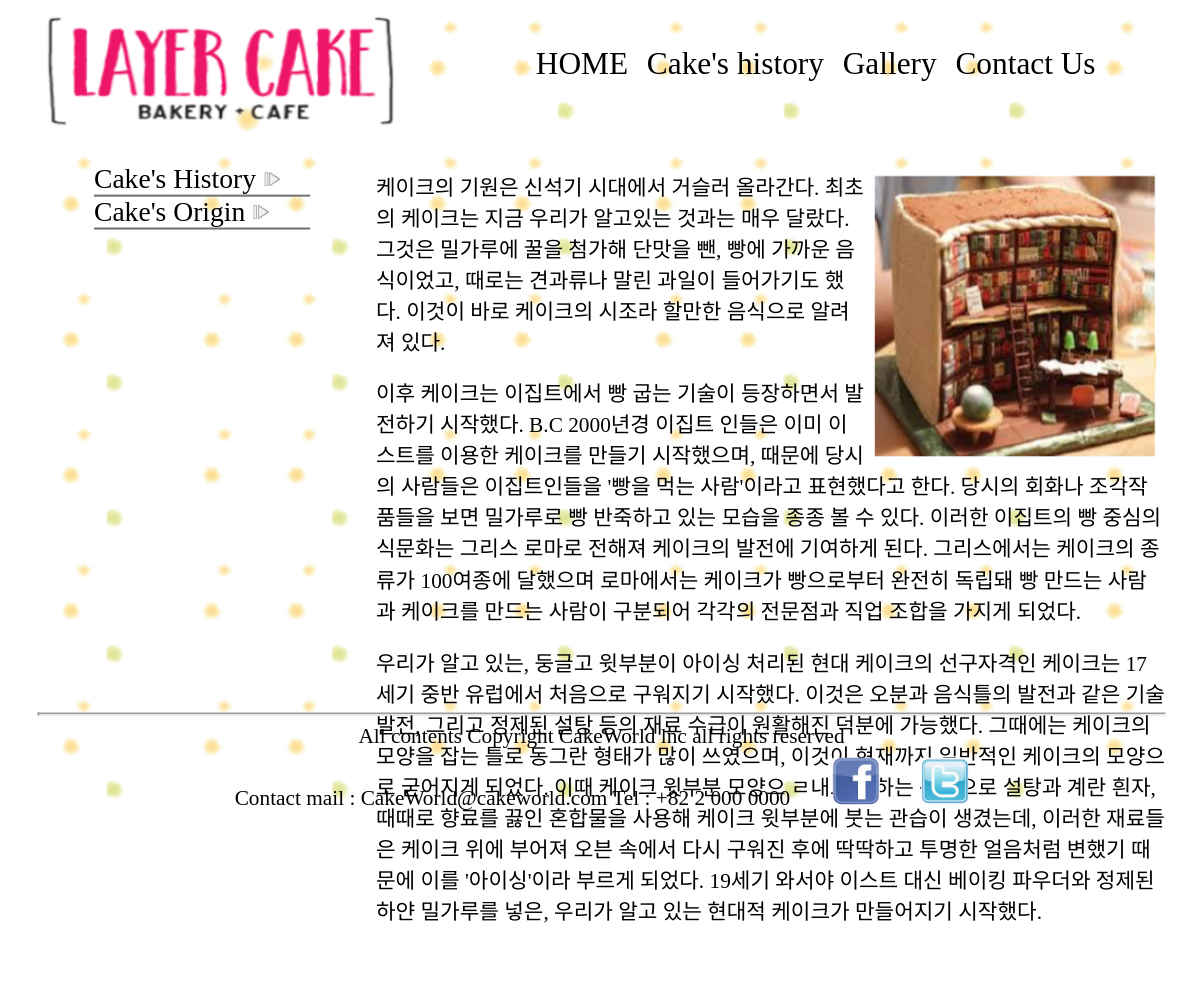
Repository: dhfkdlxm/Lecture-Web
Page: Lecture-Web/WebContent/css/exam/cakeWorld.html
These files come from the project's save history. The page is drawn as it stood at one moment and after the next save; the edit follows.
The browser window is 1280 px wide. The pictures show the whole page, at 94% of full size.
Some web fonts or font styles are not loaded; a fallback is used.

Above is the page before, as saved 2021-06-11 09:55:22.

After the next save:
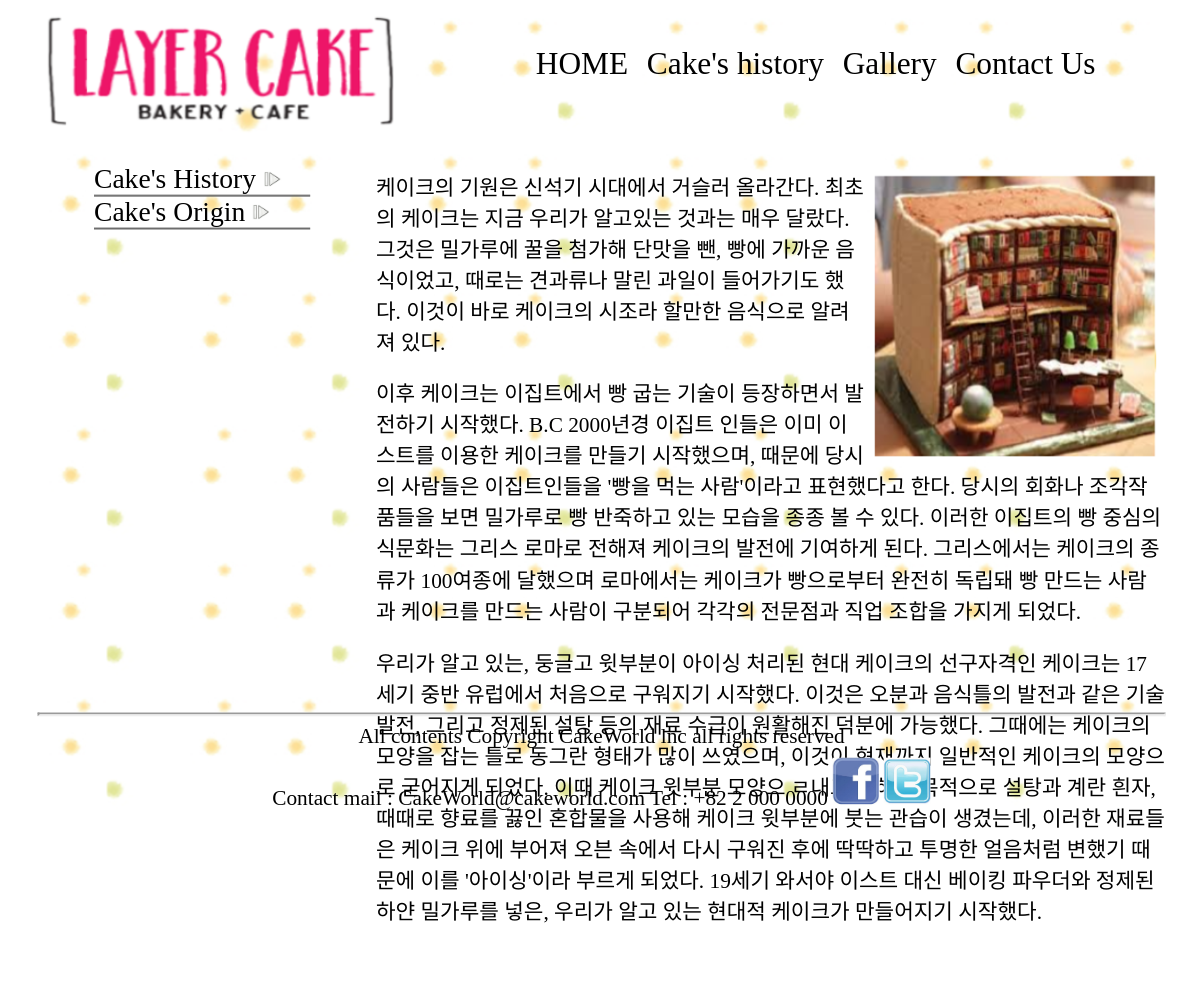
Saved 17 s later.
--- a/Lecture-Web/WebContent/css/exam/cakeWorld.html
+++ b/Lecture-Web/WebContent/css/exam/cakeWorld.html
@@ -124,10 +124,10 @@ span {
 }
 
 .last-img {
-margin-left:40px;
 	margin-top: 10px;
 	width: 50px;
 	height: 50px;
+
 }
 </style>
 </head>
